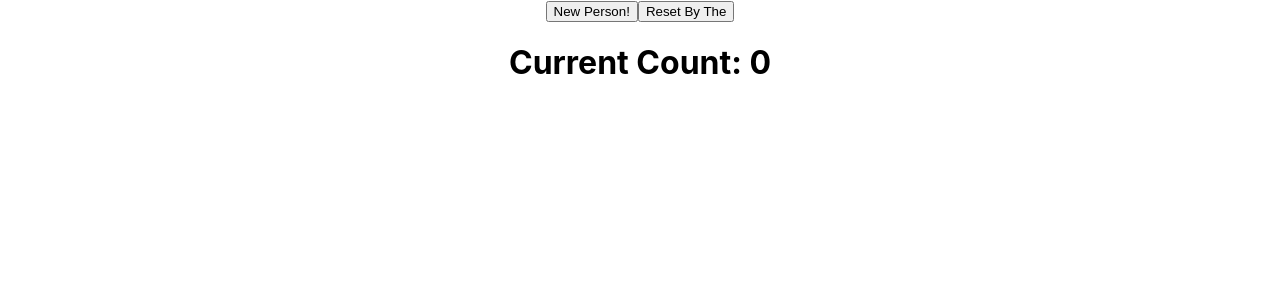
Repository: s-galvez19/quiz2CounterOfGallery
Page: /
The author's editor kept a copy of each file at every save. The page is drawn from the files as they stood at one save, then again after the next save.
The browser window is 1280 px wide. The pictures show the whole page.
The project was rebuilt for these pictures with package versions that can differ from the ones it lists, and the page was loaded fresh each time.

Above is the page before, as saved 2019-03-07 18:33:36.

### src/App.js
import React, { Component } from 'react';
import './App.css';

class App extends Component {
  render() {
    return (
      <div className="App">
        <Counter />
      </div>
    );
  }
}

class Counter extends React.Component {
  constructor(props) {
    super(props);
    this.state = {
      count: 0
    };
    // change code below this line
    this.increment = this.increment.bind(this)
    this.decrement = this.decrement.bind(this)
    this.reset = this.reset.bind(this)
    // change code above this line
  }
  // change code below this line
  increment() {
    this.setState({
      count: this.state.count + 1
    })
  }
  decrement() {
    this.setState({
      count: this.state.count - 1
    })
  }

  reset() {
    this.setState({
      count: 0
    })
  }

  // change code above this line
  render() {
    return (
      <div>
        <button className='inc' onClick={this.increment}>New Person!</button>
        {/* <button className='dec' onClick={this.decrement}>Decrement!</button> */}
        <button className='reset' onClick={this.reset}>Reset By The </button>
        <h1>Current Count: {this.state.count}</h1>
      </div>
    );
  }
};

export default App;

Loaded but not shown: public/index.html (common file); src/index.js (common file); src/index.css (common file); src/serviceWorker.js (common file); src/App.css (common file)

After the next save:
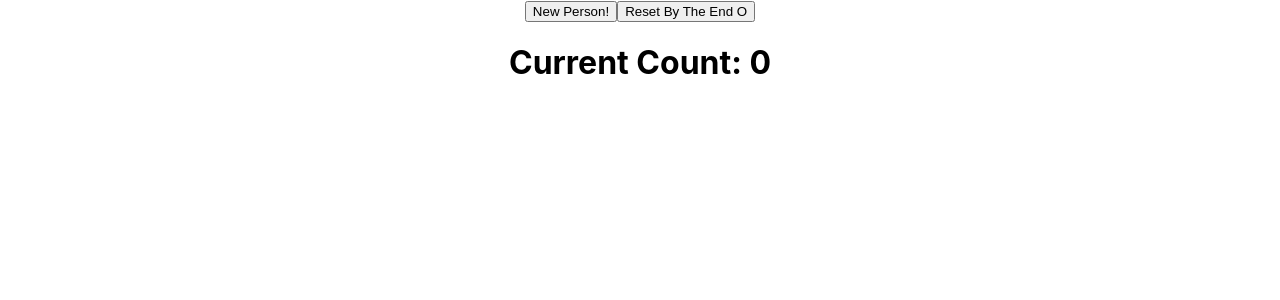
Saved 5 s later.
--- a/src/App.js
+++ b/src/App.js
@@ -47,7 +47,7 @@ class Counter extends React.Component {
       <div>
         <button className='inc' onClick={this.increment}>New Person!</button>
         {/* <button className='dec' onClick={this.decrement}>Decrement!</button> */}
-        <button className='reset' onClick={this.reset}>Reset By The </button>
+        <button className='reset' onClick={this.reset}>Reset By The End O</button>
         <h1>Current Count: {this.state.count}</h1>
       </div>
     );
